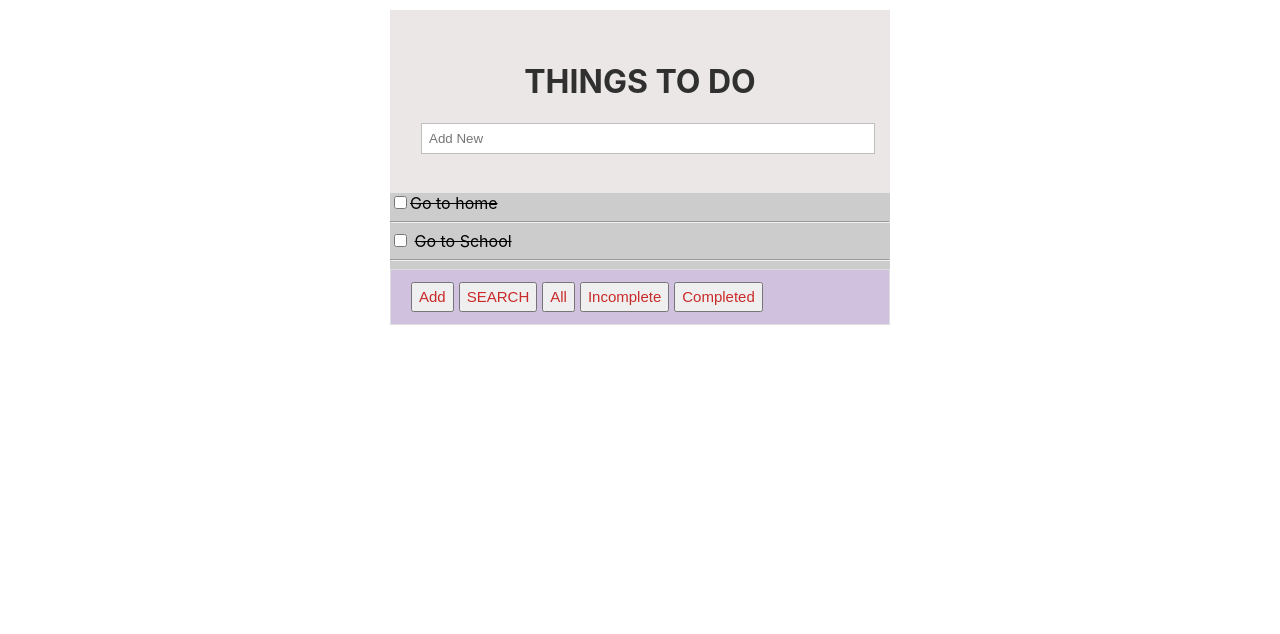
Repository: kirangautam45/To-Do-Application
Page: /
These files come from the project's save history. The page is drawn as it stood at one moment and after the next save; the edit follows.
The browser window is 1280 px wide. The pictures show the whole page.
The project was rebuilt for these pictures with package versions that can differ from the ones it lists, and the page was loaded fresh each time.

Above is the page before, as saved 2022-08-11 14:43:11.

After the next save:
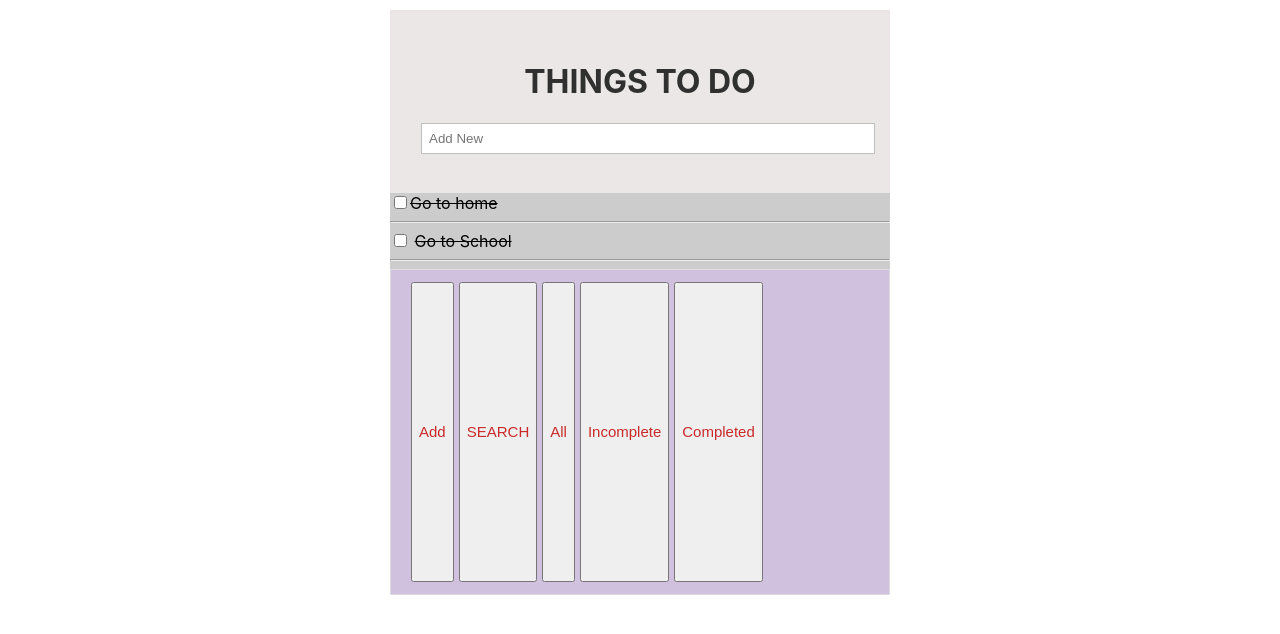
Saved 7 s later.
--- a/src/App.css
+++ b/src/App.css
@@ -49,7 +49,7 @@ position: relative;
 }
 
 .Icon_button {
-  height: 30px;
+  height: 300px;
   width: auto;
   align-items: left;
   color: rgb(201, 42, 42);
